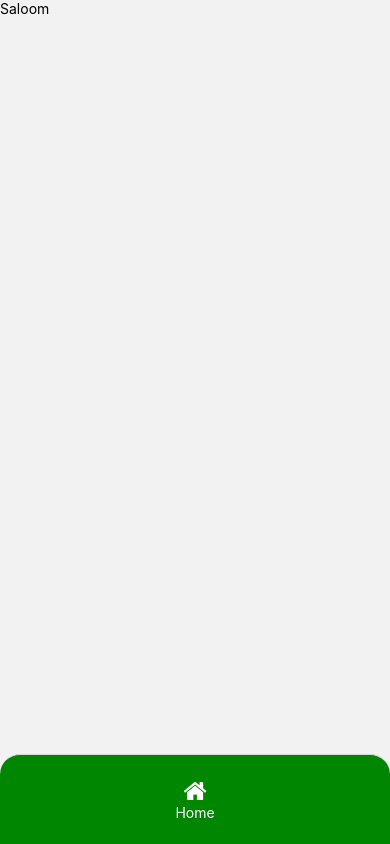
Repository: abdelrahman264/Via-Drive-Thru-Task
Screen: /Tabs
An editor plug-in stored every save of this project. The screen is shown before and after the next save, followed by the edit.
The app was drawn by React Native's web renderer in a window 390 px wide. The project was rebuilt for these pictures with package versions that can differ from the ones it lists, and the page was loaded fresh each time.

Above is the screen before, as saved 2022-05-12 13:41:06.

After the next save:
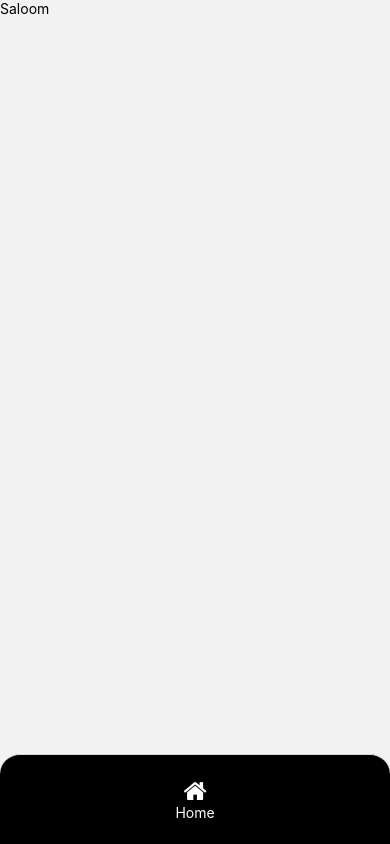
Saved 24 s later.
--- a/navigation/Tabs.js
+++ b/navigation/Tabs.js
@@ -17,7 +17,7 @@
           left: 0,
           right: 0,
           elevation: 0,
-          backgroundColor: "#008601",
+          backgroundColor: "#000",
           height: 90,
           ...styles.shadow,
         },

After the save that followed:
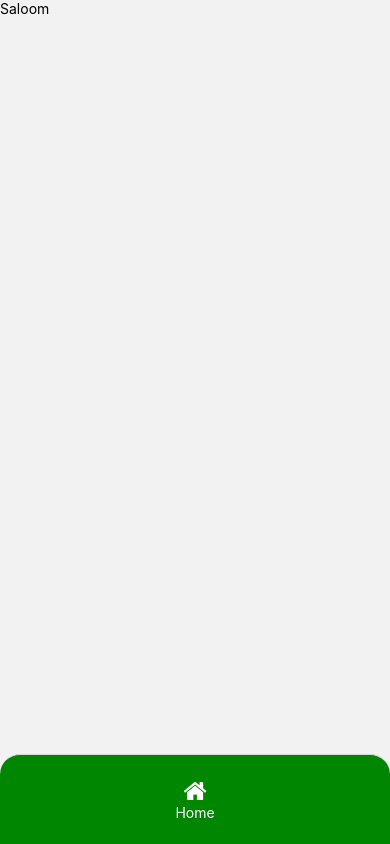
Saved 5 s later.
--- a/navigation/Tabs.js
+++ b/navigation/Tabs.js
@@ -17,7 +17,7 @@
           left: 0,
           right: 0,
           elevation: 0,
-          backgroundColor: "#000",
+          backgroundColor: "#008601",
           height: 90,
           ...styles.shadow,
         },
